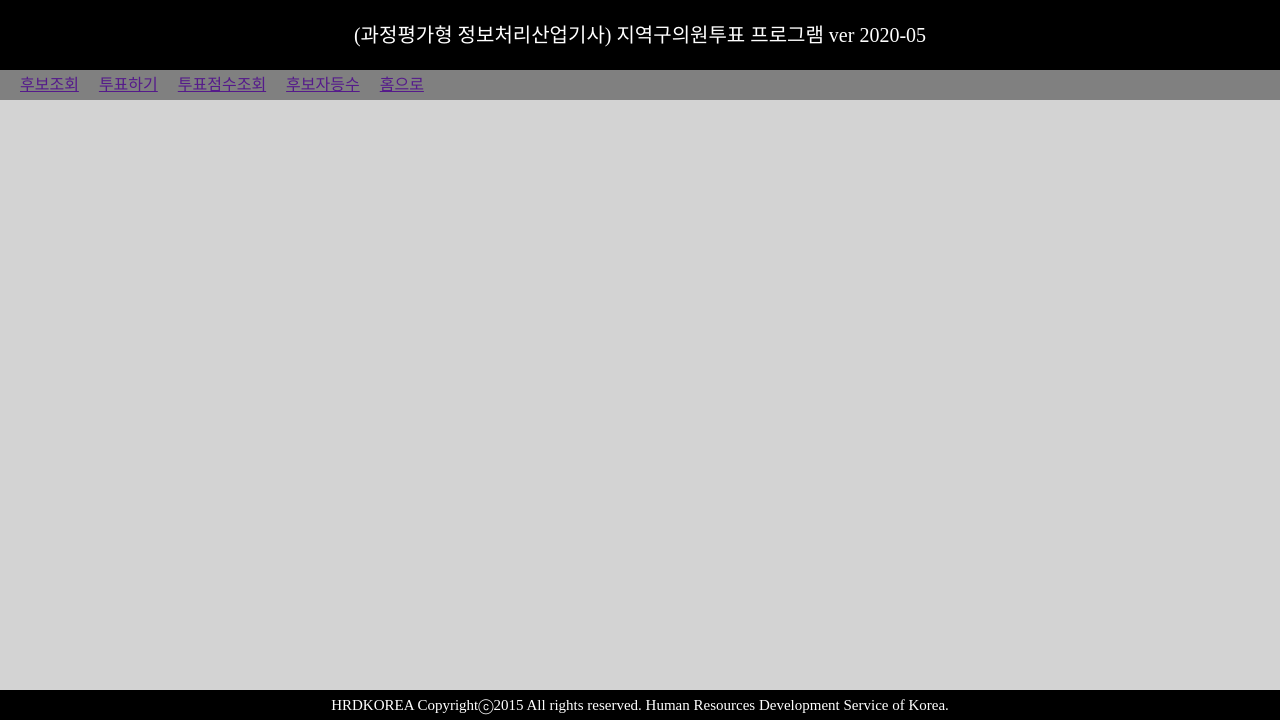
Repository: alsco727/JSP
Page: http://localhost/HRD_2207/
These files come from the project's save history. The page is drawn as it stood at one moment and after the next save; the edit follows.
The browser window is 1280 px wide. The pictures show the whole page.
The page is served by Tomcat 9. Other server files are loaded and not shown.

Above is the page before, as saved 2022-08-29 08:27:09.

### information_Processing/JSP과제4/HRD_2207/src/main/webapp/index.jsp
<%@ page language="java" contentType="text/html; charset=UTF-8"
    pageEncoding="UTF-8"%>
<!DOCTYPE html>
<html>
<head>
<meta charset="UTF-8">
<title>index</title>
</head>
<body>
<jsp:include page="header.jsp"></jsp:include>

<section style="position:fixed; top:100px; left:0px; width:100%; height:100%; background-color:lightgray"></section>

<jsp:include page="footer.jsp"></jsp:include>
</body>
</html>

### information_Processing/JSP과제4/HRD_2207/src/main/webapp/header.jsp
<%@ page language="java" contentType="text/html; charset=UTF-8"
    pageEncoding="UTF-8"%>
<!DOCTYPE html>
<html>
<head>
<meta charset="UTF-8">
<title>header</title>
</head>
<body>
<header style="position:fixed; top:0px; left:0px; width:100%; height:70px; line-height:70px; text-align:center; background-color:black; color:white; font-size:20px">(과정평가형 정보처리산업기사) 지역구의원투표 프로그램 ver 2020-05</header>

<nav style="position:fixed; top:70px; left:0px; width:100%; height:30px; line-height:30px; background-color:gray; color:white; padding-left:20px">
<a href="">후보조회</a> &nbsp; &nbsp;
<a href="">투표하기</a> &nbsp; &nbsp;
<a href="">투표점수조회</a> &nbsp; &nbsp;
<a href="">후보자등수</a> &nbsp; &nbsp;
<a href="">홈으로</a> &nbsp; &nbsp;
</nav>
</body>
</html>

### information_Processing/JSP과제4/HRD_2207/src/main/webapp/footer.jsp
<%@ page language="java" contentType="text/html; charset=UTF-8"
    pageEncoding="UTF-8"%>
<!DOCTYPE html>
<html>
<head>
<meta charset="UTF-8">
<title>footer</title>
</head>
<body>
<footer style="position:fixed; bottom:0px; left:0px; width:100%; height:30px; line-height:30px; text-align:center; background-color:black; color:white; font-size:15px">HRDKOREA Copyrightⓒ2015 All rights reserved. Human Resources Development Service of Korea.</footer>
</body>
</html>

After the next save:
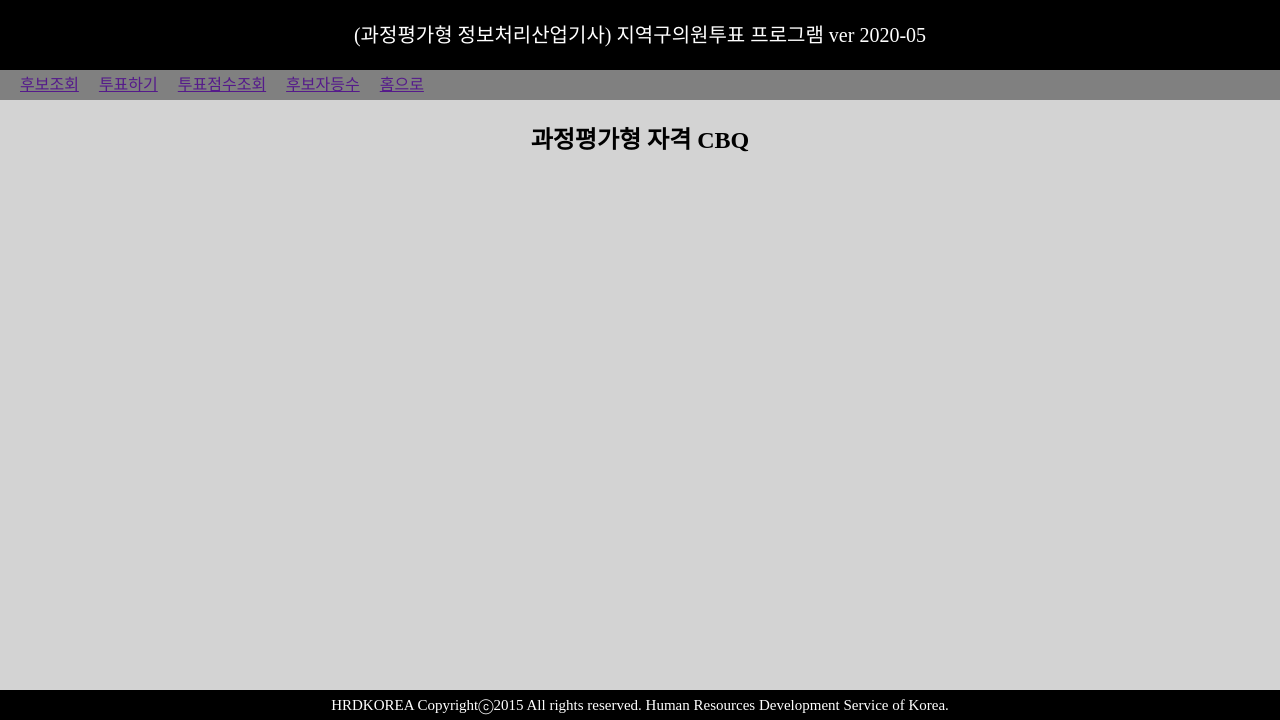
Saved 21 min 8 s later.
--- a/information_Processing/JSP과제4/HRD_2207/src/main/webapp/index.jsp
+++ b/information_Processing/JSP과제4/HRD_2207/src/main/webapp/index.jsp
@@ -9,7 +9,9 @@
 <body>
 <jsp:include page="header.jsp"></jsp:include>
 
-<section style="position:fixed; top:100px; left:0px; width:100%; height:100%; background-color:lightgray"></section>
+<section style="position:fixed; top:100px; left:0px; width:100%; height:100%; background-color:lightgray">
+<h2 style="text-align:center"><b>과정평가형 자격 CBQ</b></h2><br>
+</section>
 
 <jsp:include page="footer.jsp"></jsp:include>
 </body>
